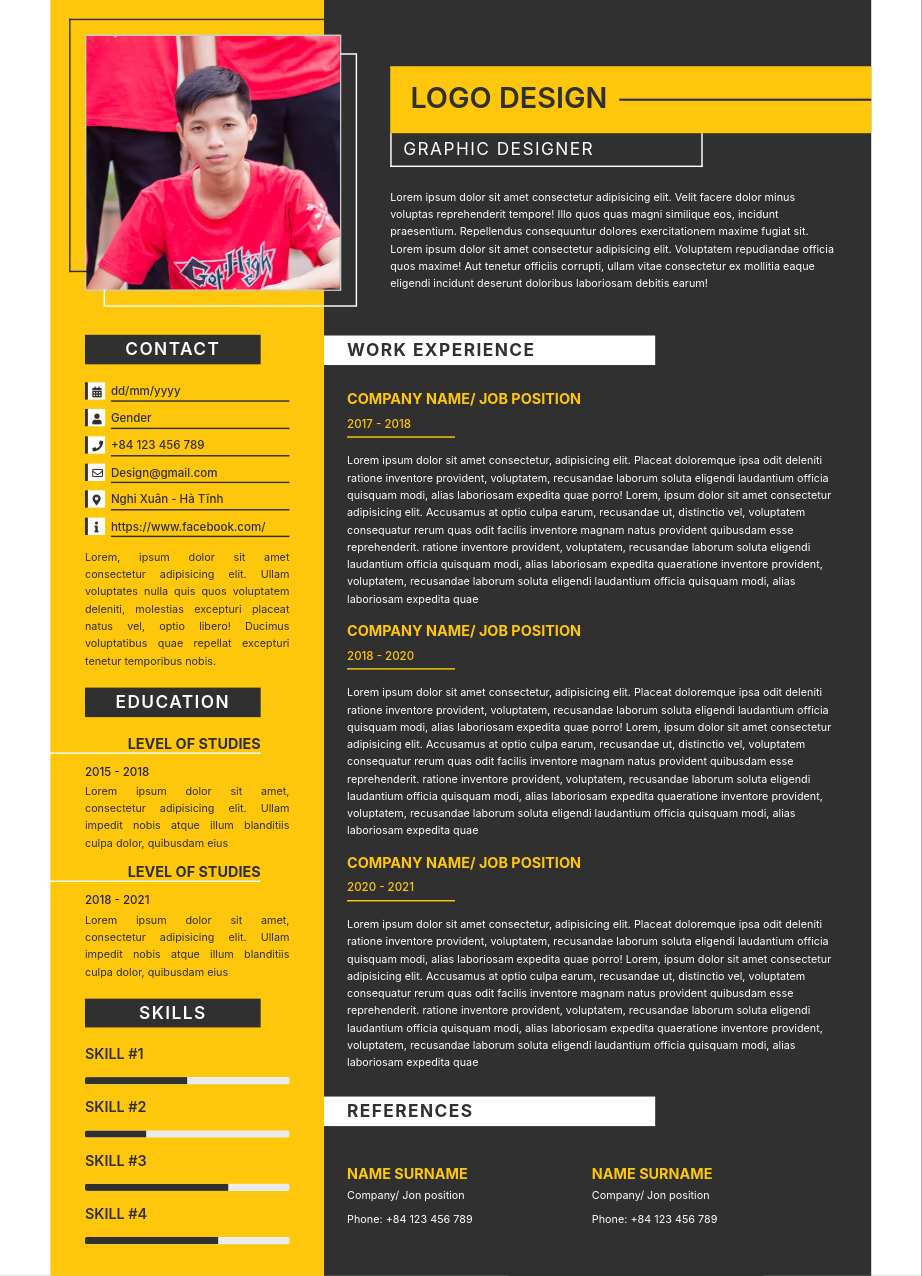
Repository: khoitadev/myCV
Page: index.html
An editor plug-in stored every save of this project. The page is shown before and after the next save, followed by the edit.
The browser window is 1280 px wide. The pictures show the whole page, at 72% of full size.
Some web libraries are served in a nearby version.

Above is the page before, as saved 2022-02-11 22:23:09.

After the next save:
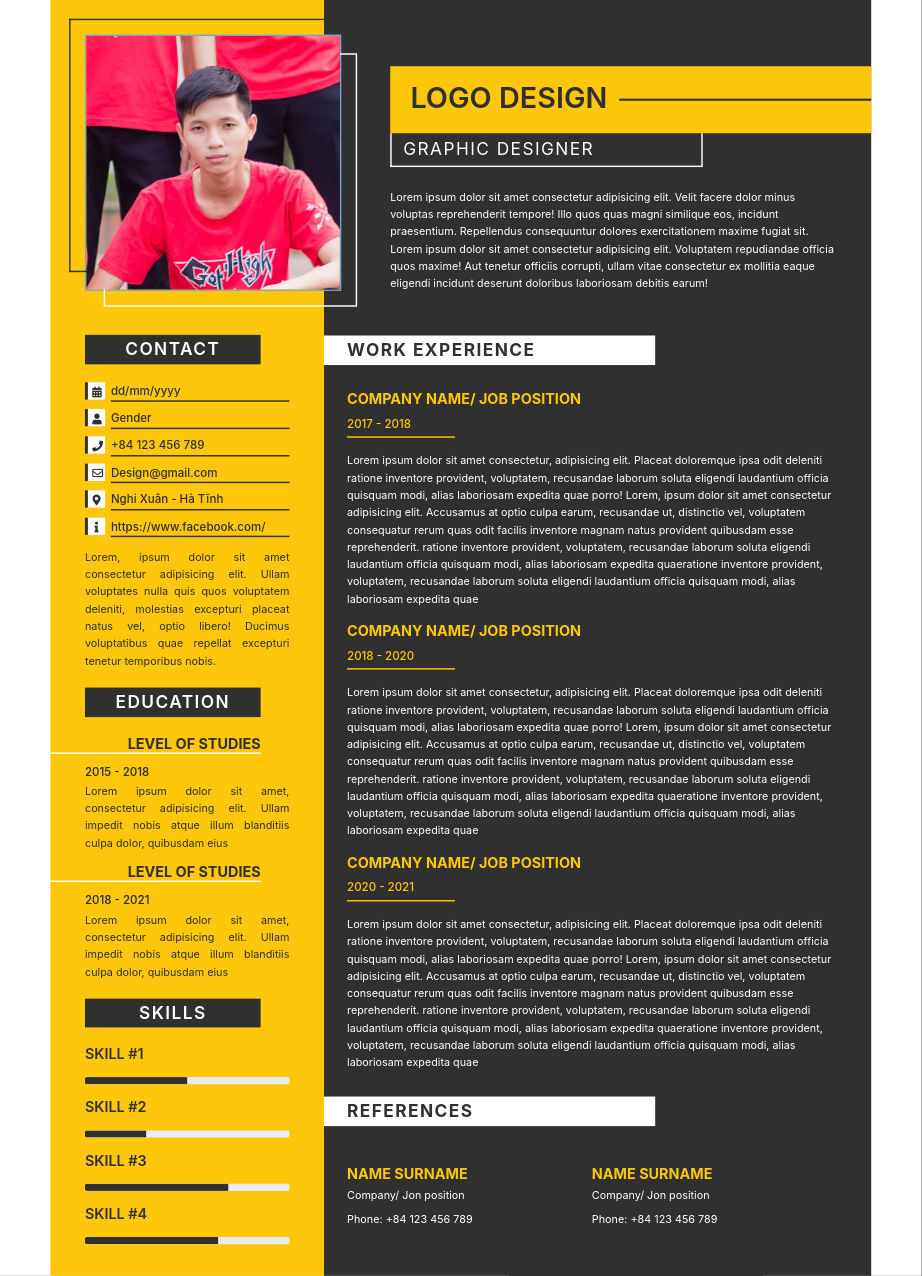
Saved 22 s later.
--- a/assets/css/style.css
+++ b/assets/css/style.css
@@ -65,7 +65,7 @@ i::after {
   z-index: 1;
   text-align: right;
   margin-right: -2.4rem;
-  border: 2px #ccc solid;
+  border: 2px rgb(125, 165, 202) solid;
 }
 .cv__img::before {
   content: "";
